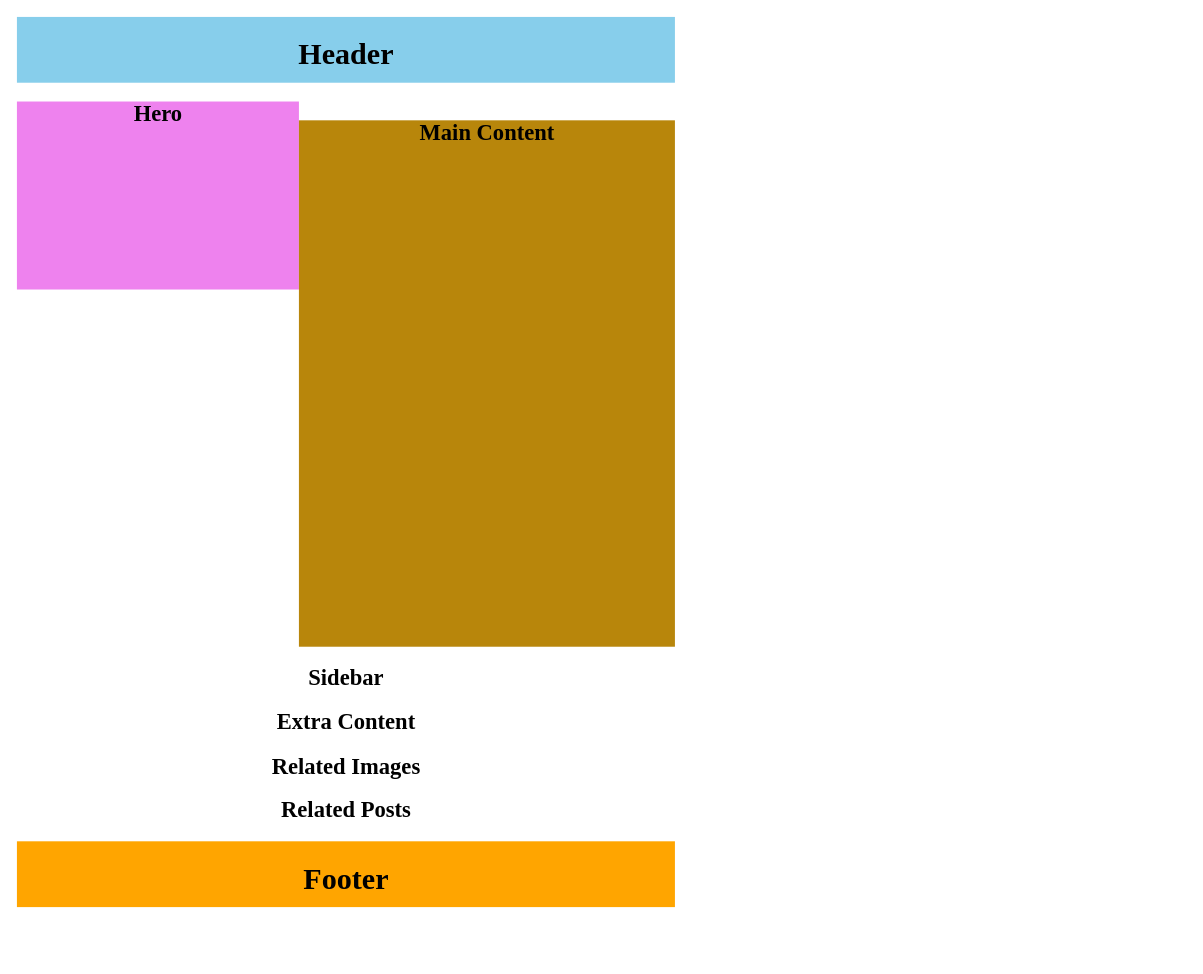
Repository: harshitanthal1/assignments_avisoft
Page: 01-02-2024/assignment_2/index.html
These files come from the project's save history. The page is drawn as it stood at one moment and after the next save; the edit follows.
The browser window is 1280 px wide. The pictures show the whole page, at 94% of full size.

Above is the page before, as saved 2024-02-01 18:05:37.

After the next save:
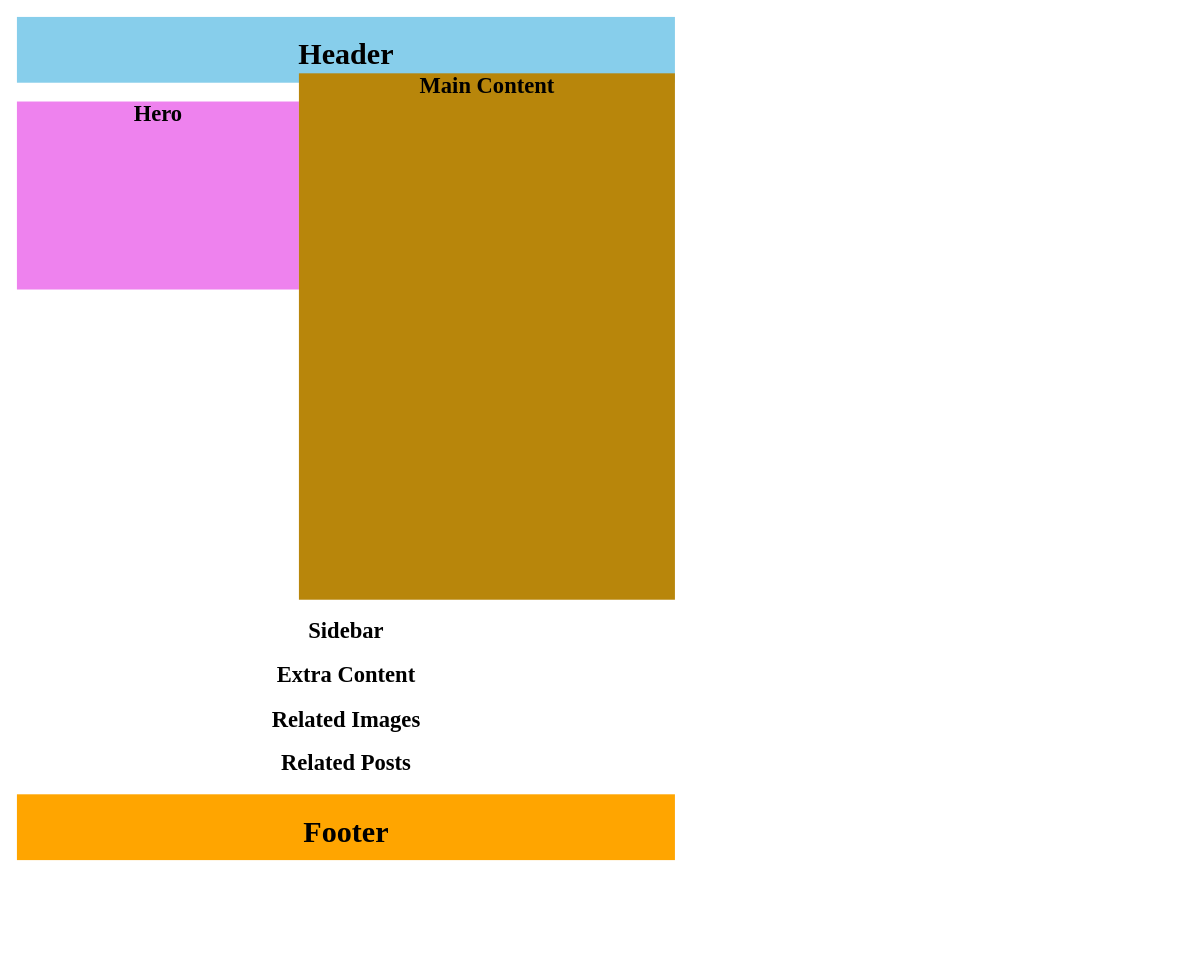
Saved 29 s later.
--- a/01-02-2024/assignment_2/styles/styles.css
+++ b/01-02-2024/assignment_2/styles/styles.css
@@ -26,7 +26,7 @@
     width: 400px;
     height: 560px;
     margin-left: 300px;
-    margin-top: -200px;
+    margin-top: -250px;
 }
 
 #footer {
